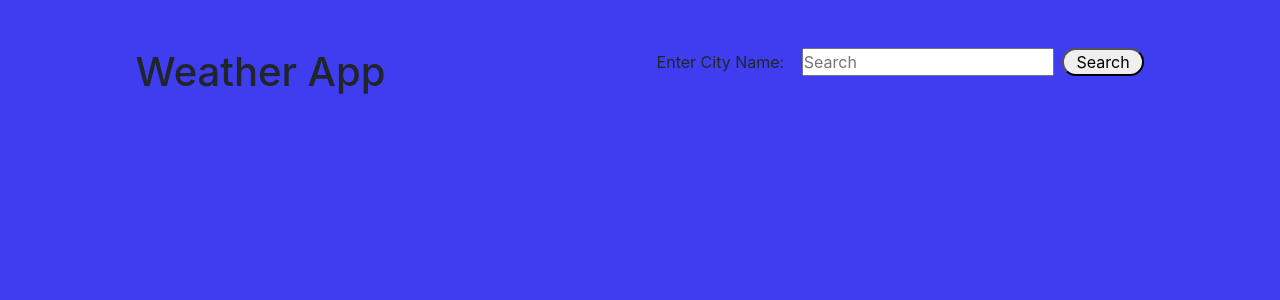
Repository: bhaveshtrades/weatherapp
Page: /
These files come from the project's save history. The page is drawn as it stood at one moment and after the next save; the edit follows.
The browser window is 1280 px wide. The pictures show the whole page.
The project was rebuilt for these pictures with package versions that can differ from the ones it lists, and the page was loaded fresh each time. Also part of the build but not shown: src/components/CurrentWeather.jsx.

Above is the page before, as saved 2023-01-08 19:12:37.

### public/index.html
<!DOCTYPE html>
<html lang="en">
  <head>
    <meta charset="utf-8" />
    <link rel="icon" href="%PUBLIC_URL%/favicon.ico" />
    <meta name="viewport" content="width=device-width, initial-scale=1" />
    <meta name="theme-color" content="#000000" />
    <meta
      name="description"
      content="Web site created using create-react-app"
    />
    <link rel="apple-touch-icon" href="%PUBLIC_URL%/logo192.png" />
    <!--
      manifest.json provides metadata used when your web app is installed on a
      user's mobile device or desktop. See https://developers.google.com/web/fundamentals/web-app-manifest/
    -->
    <link rel="manifest" href="%PUBLIC_URL%/manifest.json" />
    <link href="https://cdn.jsdelivr.net/npm/bootstrap@5.3.0-alpha1/dist/css/bootstrap.min.css" rel="stylesheet" integrity="sha384-GLhlTQ8iRABdZLl6O3oVMWSktQOp6b7In1Zl3/Jr59b6EGGoI1aFkw7cmDA6j6gD" crossorigin="anonymous" />
  </head>

    <!--
      Notice the use of %PUBLIC_URL% in the tags above.
      It will be replaced with the URL of the `public` folder during the build.
      Only files inside the `public` folder can be referenced from the HTML.

      Unlike "/favicon.ico" or "favicon.ico", "%PUBLIC_URL%/favicon.ico" will
      work correctly both with client-side routing and a non-root public URL.
      Learn how to configure a non-root public URL by running `npm run build`.
    -->
    <title>React App</title>
  </head>
  <body>
    <noscript>You need to enable JavaScript to run this app.</noscript>
    <div id="root"></div>
    <!--
      This HTML file is a template.
      If you open it directly in the browser, you will see an empty page.

      You can add webfonts, meta tags, or analytics to this file.
      The build step will place the bundled scripts into the <body> tag.

      To begin the development, run `npm start` or `yarn start`.
      To create a production bundle, use `npm run build` or `yarn build`.
    -->
  </body>
  <script src="https://cdn.jsdelivr.net/npm/@popperjs/core@2.11.6/dist/umd/popper.min.js" integrity="sha384-oBqDVmMz9ATKxIep9tiCxS/Z9fNfEXiDAYTujMAeBAsjFuCZSmKbSSUnQlmh/jp3" crossorigin="anonymous"></script>
  <script src="https://cdn.jsdelivr.net/npm/bootstrap@5.3.0-alpha1/dist/js/bootstrap.min.js" integrity="sha384-mQ93GR66B00ZXjt0YO5KlohRA5SY2XofN4zfuZxLkoj1gXtW8ANNCe9d5Y3eG5eD" crossorigin="anonymous"></script>
</html>

### src/App.js
import React, { useState } from 'react';
import './App.css';
import CurrentWeather from './components/CurrentWeather';
import Navbar from './components/Navbar';

function App() {

    const apiKey = process.env.REACT_APP_API_KEY;

    const[city, setCity] = useState();
    const[weatherData, setWeatherData] = useState([]);
    const[country, setCountry] = useState();
    const[location, setLocation] = useState();
    const[currentDate, setCurrentDate] = useState();
    const[currentDay, setCurrentDay] = useState();
    const[currentMonth, setCurrentMonth] = useState();
    const[currentIcon, setCurrentIcon] = useState();
    const[currentTemp, setCurrentTemp] = useState();
    const[currentStatus, setCurrentStatus] = useState();


    const weekDays = ['Sunday', 'Monday', 'Tuesday', 'Wednesday', 'Thursday', 'Friday', 'Saturday'];
    const months = ["January","February","March","April","May","June","July","August","September","October","November","December"];

    const currentAPI = `http://api.weatherapi.com/v1/current.json?key=${apiKey}&q=${city}`;

     const getWeather = (e)=>{
      e.preventDefault();
      fetch(currentAPI).then(data => data.json())
      .then((response)=>{
        setWeatherData([response]);
        setCountry(response.location.country);
        setLocation(response.location.name);
        setCurrentDate(new Date(`${response.current.last_updated}`).getDate());
        setCurrentDay(new Date(`${response.current.last_updated}`).getDay());
        setCurrentMonth(new Date(`${response.current.last_updated}`).getMonth());
        setCurrentIcon(response.current.condition.icon);
        setCurrentTemp(response.current.temp_c);
        setCurrentStatus(response.current.condition.text);
      });
    }


  return (
    <>
    <Navbar resultProp={getWeather} cityProp={(e)=>{setCity(e.target.value)}}/>
    {weatherData.length !==0 && <CurrentWeather countryProp={country} locationProp={location} dayProp={weekDays[currentDay]} dateProp={currentDate} monthProp={months[currentMonth]} currentIconProp={currentIcon} currentTempProp={currentTemp} currentStatusProp={currentStatus}/>}
    </>
  );
}

export default App;

### src/App.css
*{
  padding: 0;
  margin: 0;
}

body{
  background-color: rgba(61, 61, 240, 0.993);
}

.nDiv1{
  display: flex;
  justify-content: space-around;
  padding-top: 3rem;
}

.searchInput{
  margin-left: 1.1rem;
  border-radius: 0.7;
}

.searchButton{
  margin-left: 0.5rem;
  padding-left: 0.8rem;
  padding-right: 0.8rem;
  border-radius: 2rem;
}

.cDiv1{
  margin-top: 4rem;
  padding-left: 7rem;
  color: whitesmoke;
}

.cDiv2{
  display: flex;
}

.cDiv3{
  display: flex;
  gap: 4rem;
  justify-content: center;
}

.cDiv5{
  padding-top: 2rem;
}

.cDiv6{
  padding-left: 2rem;
}

.currentIcon{
  height: 8rem;
  width: 8rem;
}

### src/components/Navbar.jsx
import React from 'react'

function Navbar({resultProp, cityProp}){

  return (
    <>
    <div className='nDiv1'>
    <div className='nDiv2'>
    <h1>Weather App</h1>
    </div>
    <div className='nDiv3'>
    <form className='searchBox' role="search" onSubmit={resultProp}>
        <label htmlFor='searchLocation' className='searchLabel'>Enter City Name: </label>
        <input className='searchInput' id='searchLocation' placeholder='Search' onChange={cityProp}/>
        <button className='searchButton' type="submit">Search</button>
    </form>
    </div>
    </div>
    </>
  )
}

export default Navbar;

Loaded but not shown: src/index.js (common file); src/index.css (common file); src/reportWebVitals.js (common file)

After the next save:
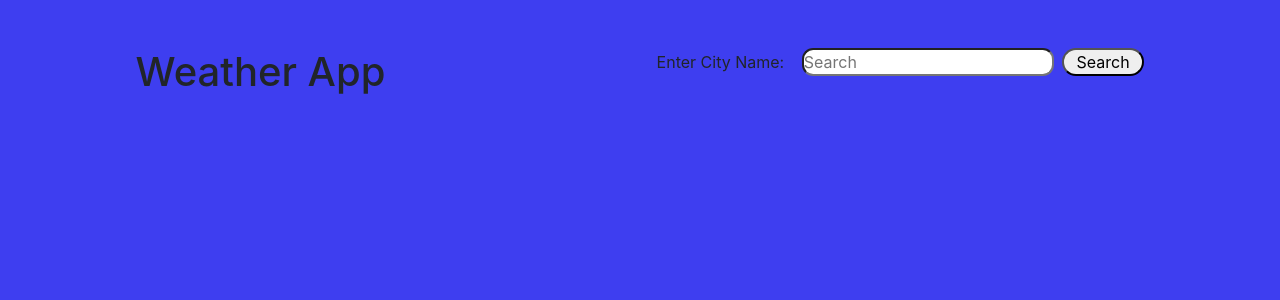
Saved 4 s later.
--- a/src/App.css
+++ b/src/App.css
@@ -15,7 +15,7 @@ body{
 
 .searchInput{
   margin-left: 1.1rem;
-  border-radius: 0.7;
+  border-radius: 0.7rem;
 }
 
 .searchButton{
